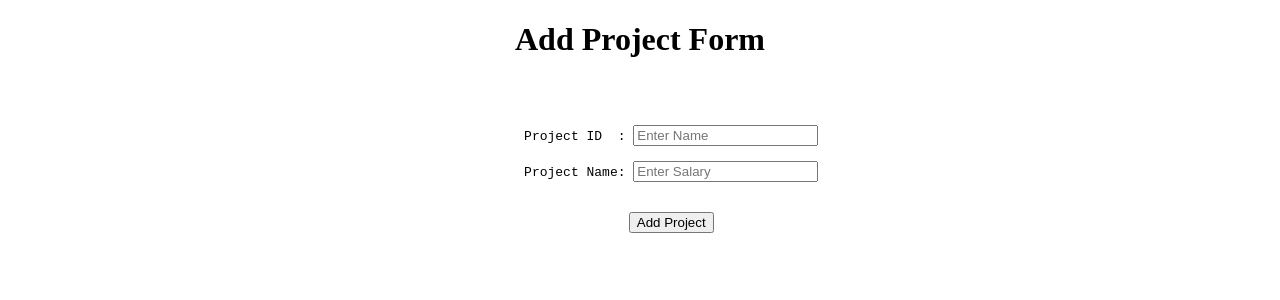
Repository: yashmodi2429/Programs
Page: http://localhost/Employee/addproject.jsp
These files come from the project's save history. The page is drawn as it stood at one moment and after the next save; the edit follows.
The browser window is 1280 px wide. The pictures show the whole page.
The page is served by Tomcat 9.

Above is the page before, as saved 2019-02-25 10:05:31.

After the next save:
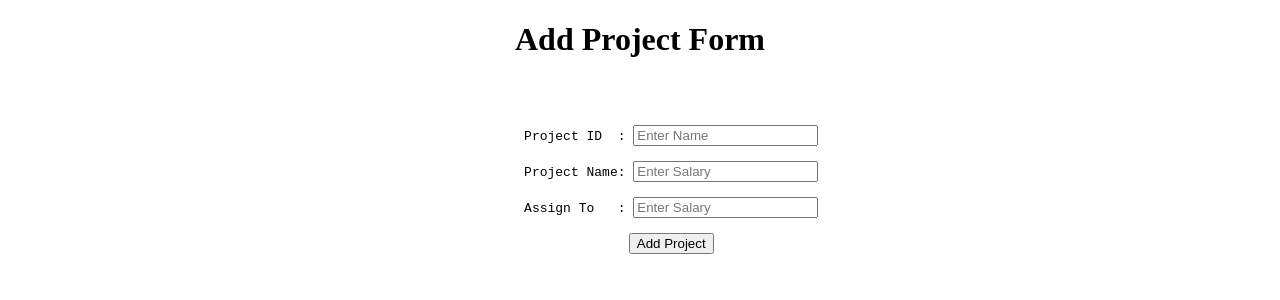
Saved 78 s later.
--- a/Employee/WebContent/addproject.jsp
+++ b/Employee/WebContent/addproject.jsp
@@ -15,7 +15,7 @@
 
 	Project ID  : <input type ="text" name="name" autocomplete="off" placeholder="Enter Name"><br>
 	Project Name: <input type="text" name="salary" autocomplete="off" placeholder="Enter Salary"><br>
-
+	Assign To   : <input type="text" name="salary" autocomplete="off" placeholder="Enter Salary"><br>
 	<input type ="submit" value="Add Project">
 	</div>
 </form>
